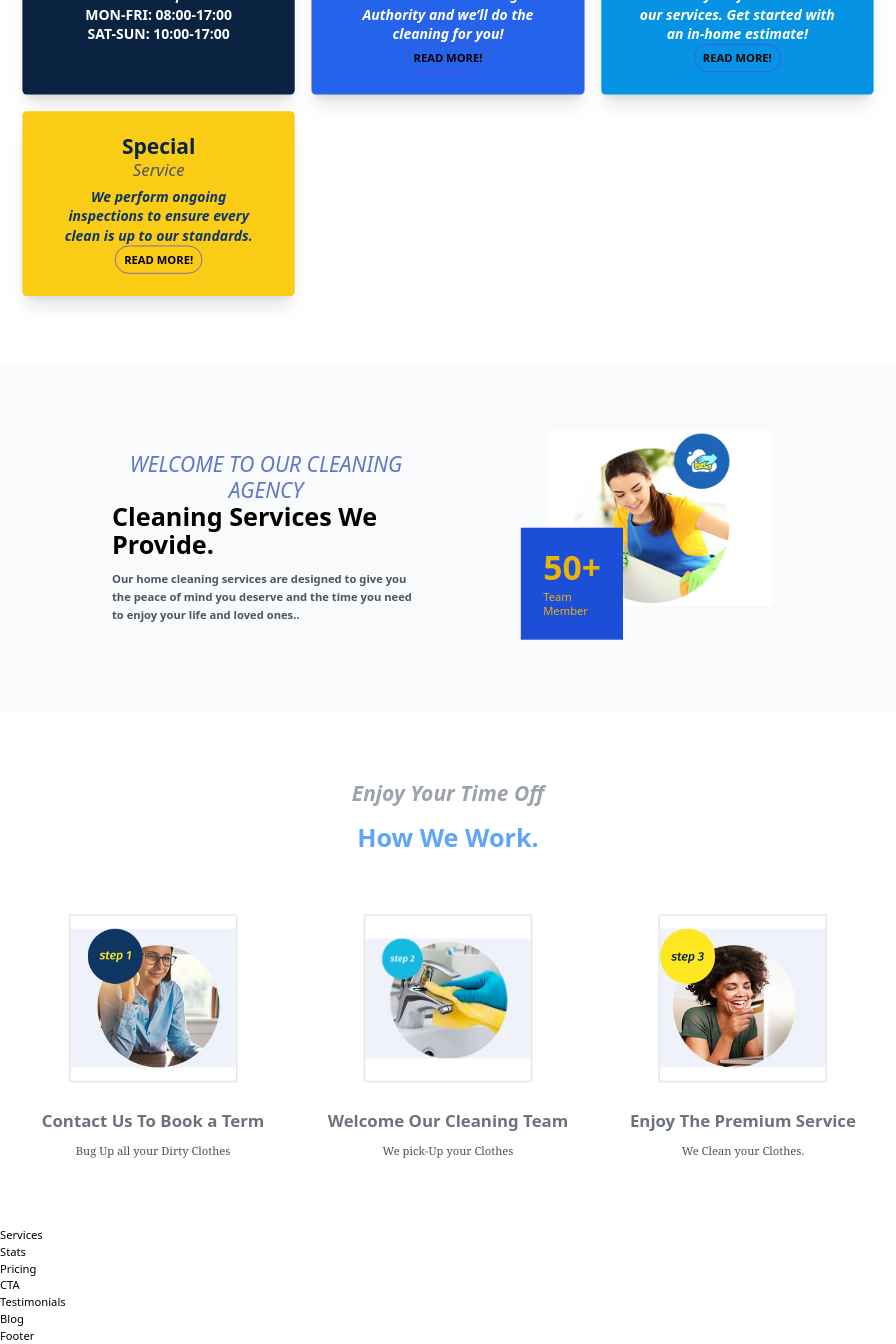
Repository: remydev47/cleonara
Page: /
These files come from the project's save history. The page is drawn as it stood at one moment and after the next save; the edit follows.
The browser window is 1280 px wide. The pictures show the part of the page from y = 1097 to 3017 px (the page is 3017 px tall), at 70% of full size.
The project was rebuilt for these pictures with package versions that can differ from the ones it lists, and the page was loaded fresh each time. The framework's server and built-in components were replaced by stand-ins that run in the browser. Also part of the build but not shown: next.config.js.

Above is the page before, as saved 2022-11-01 13:14:53.

### pages/_app.tsx
import '../styles/globals.css'
import type { AppProps } from 'next/app'
import Header from '../components/Header'

function MyApp({ Component, pageProps }: AppProps) {
  return(
    <>
      <Header />
      <Component {...pageProps} />
    </>

  )
}

export default MyApp

### pages/index.tsx
import type { NextPage } from 'next'
import Head from 'next/head'
import Image from 'next/image'
import { AboutUs, CTA, Hero, Offers, Pricing, Services, Blog, Stats, Steps, Testimonials, Footer } from '../components'

const Home: NextPage = () => {
  return (
    <div className="">
      <Head>
        <title>CLEONARA</title>
        <link rel="icon" href="/favicon.ico" />
      </Head>
      <Hero/>
      <Offers />
      <AboutUs />
      <Steps />
      <Services />
      <Stats />
      <Pricing />
      <CTA />
      <Testimonials />
      <Blog />
      <Footer />
    </div>
  )
}

export default Home

### components/Header.tsx
import React from 'react';
import { navLinks } from '../constants';
import Menupopover from './Menupopover';
import Image from 'next/image';
import Logo from './Logo';
import { Button } from './Button';

const Header = () => {
  return (
    <header className="fixed inset-x-0 bg-[#092341] z-20 flex justify-between items-center py-2 px-2 shadow-lg dark:bg-slate-900 sm:py-3 sm:px-8">
            <div className='flex grow-0 basis-1/3 md:hidden'>
                <Menupopover />
            </div>

             <div className='flex grow-0 ml-2 justify-center md:justify-start'>
                <Logo />

            </div>


            <ul className="list-none sm:flex hidden justify-center items-center flex-1">
            {navLinks.map((nav, index) => (
                <li
                key={nav.id}
                className={`font-bold cursor-pointer text-[16px] hover:text-blue-400
                   ${index === navLinks.length - 1 ? 'mr-0' : 'mr-10'}
                  text-white `}
                >
                    <a>{nav.title}</a>
                </li>
            ))}
           </ul>

          <div className='sm:flex hidden'>
            <Button variant='solid'>
              GET A QUOTE!
            </Button>
          </div>

        </header>
  )
}

export default Header

### components/index.ts
import Hero from "./Hero";
import Offers from "./Offers";
import AboutUs from "./AboutUs";
import Steps from "./Steps";
import Services from "./Services";
import Stats from "./Stats";
import Pricing from "./Pricing";
import CTA from "./CTA";
import Testimonials from "./Testimonials";
import Blog from "./Blog";
import Footer from "./Footer";

export {
    Hero, Offers, AboutUs, Steps, Services, Stats, Pricing, CTA, Testimonials, Blog, Footer
}

### constants/index.ts
export const navLinks=[
    {
        id:"home",
        title:"Home",
    },
    {
        id:"services",
        title:"Services",
    },
    {
        id:"AboutUs",
        title:"AboutUs",
    },
    {
        id:"pricing",
        title:"Pricing",
    },
    {
        id:"blog",
        title:"Blog",
    },
    {
        id:"reviews",
        title:"Reviews",
    },
    {
        id:"contacts",
        title:"Contacts",
    },
]

### components/Menupopover.tsx
import React, {useState, Fragment} from 'react';
import { navLinks } from '../constants';
import { IconButton, Button } from './Button';
import { Transition, Dialog } from '@headlessui/react';
import Logo from './Logo';
import Image from 'next/image';

const Menupopover = () => {
  const [isOpen, setIsOpen] = useState(false)

  return (
    <div>
    <IconButton
      variant='ghost'
      aria-label='menu'
      onClick={() => setIsOpen(!isOpen)}
    >
      <svg className='h-6 w-6 ' fill='none' stroke='currentColor'>
        <path
          strokeLinecap='round'
          strokeLinejoin='round'
          strokeWidth={2}
          d='M4 6h16M4 12h16M4 18h16'
        />
      </svg>
    </IconButton>
    <Transition
      show={isOpen}
      appear
      as={Fragment}
      enter='transform transition ease-in-out duration-300'
      enterFrom='-translate-x-full'
      enterTo='translate-x-0'
      leave='transform transition ease-in-out duration-300 delay-200'
      leaveFrom='translate-x-0'
      leaveTo='-translate-x-full'
     >
     <Dialog
       as='div'
       className={`fixed inset-0 z-50`}
       onClose={setIsOpen}
       open={isOpen}
       >
       <Transition.Child
         as={Fragment}
         enter='ease-out duration-300 delay-300'
         enterFrom='opacity-0'
         enterTo='opacity-100'
         leave='ease-in duration-200'
         leaveFrom='opacity-100'
         leaveTo='opacity-0'
       >

        <Dialog.Overlay
          className={`fixed inset-0 bg-black/20 backdrop-blur-sm dark:bg-gray-900/80`}
         />
      </Transition.Child>
       <div className={styles.dialogcontainer}>
        <a className='mx-auto mt-4 flex w-[140px] '>
          <Logo />
        </a>
        <ul
            className={styles.navWrapper2}
         >
            {navLinks.map((nav, index) => (
                <li
                 key={nav.id}
                 className={` font-bold cursor-pointer text-[16px]
                  mt-2 border-t border-slate-200 py-4 dark:border-slate-600
                  ${index === navLinks.length - 1 ? 'mr-0' : 'mb-4'}
                  text-white `}
                >
                 <a href={`#${nav.id}`}>
                    {nav.title}
                 </a>
                </li>
             ))}
         </ul>

        <IconButton
          variant='ghost'
          aria-label='close menu'
          className='absolute top-5 right-5'
          onClick={() => setIsOpen(false)}
        >
          <svg
            viewBox='0 0 10 10'
            className='h-2.5 w-2.5 overflow-visible'
            aria-hidden='true'
          >
            <path
                d='M0 0L10 10M10 0L0 10'
                fill='none'
                stroke='currentColor'
                strokeWidth='2'
                strokeLinecap='round'
              />
          </svg>
        </IconButton>
       </div>
     </Dialog>
    </Transition>
  </div>
  )
}

export default Menupopover;

const styles ={
  dialogcontainer:`fixed top-0 bottom-0 left-0 w-full max-w-xs rounded-r-xl bg-[#092341] p-6 shadow-lg dark:bg-gray-800`,
  menuitems:`group relative flex h-9 items-center oveflow-hidden rounded-md hover:bg-slate-200/50`,
  navWrapper2:`list-none flex flex-col justify-end items-center flex-1`,
}

### components/Logo.tsx
import React from 'react'
import Image from 'next/image'

const Logo = () => {
  return (
    <div>
        <Image
          src='/images/logo.png'
          alt='Cleonara'
          height={80}
          width={150}
        />
    </div>
  )
}

export default Logo

### components/Button/index.tsx
import React, { forwardRef } from "react";
//import { __DEV__ } from "../../utils/assertions";

type BaseButtonProps = Omit<React.HTMLProps<HTMLButtonElement>, "size">;

/* === Button Element === */

export interface ButtonProps extends BaseButtonProps {
  children: React.ReactNode;
  fullWidth?: boolean;
  className?: string;
  variant?: "solid" | "outline" | "ghost";
  size?: "sm" | "md" | "lg";
  as?: string;
  isExternal?: boolean;
  type?: "button" | "submit" | "reset";
}

export const Button = forwardRef<HTMLButtonElement, ButtonProps>(
  (
    {
      children,
      variant = "solid",
      size = "md",
      fullWidth = false,
      className,
      as = "button",
      isExternal = false,
      ...rest
    },
    ref
  ) => {
    let tempClassNames: string[] = [];

    const sharedClasses = [
      "capitalize",
      "focus:outline-none",
      "focus:ring-2",
      "focus:ring-indigo-400",
      "focus:ring-offset-2",
      "focus:ring-offset-indigo-50",
      "font-semibold",
      "rounded-full",
      "inline-flex",
      "flex-shrink-0",
      "items-center",
      "justify-center",
      "transition-colors",
      "ease-in-out",
      "duration-500",
    ];

    if (fullWidth) sharedClasses.push("w-full");

    // handle variants
    let btnSolid = ["bg-indigo-600", "hover:bg-indigo-700", "text-white"];
    let btnOutline = [
      "dark:text-white",
      "hover:text-indigo-700",
      "hover:dark:text-indigo-700",
      "bg-transparent",
      "hover:bg-indigo-50",
      "border",
      "border-indigo-600",
    ];
    let btnGhost = [
      "bg-transparent",
      "dark:text-white",
      "hover:bg-indigo-50",
      "hover:text-indigo-700",
      "hover:dark:text-indigo-700",
    ];

    if (variant === "solid") {
      tempClassNames = [...sharedClasses, ...btnSolid];
    } else if (variant === "outline") {
      tempClassNames = [...sharedClasses, ...btnOutline];
    } else if (variant === "ghost") {
      tempClassNames = [...sharedClasses, ...btnGhost];
    }

    // handle sizes
    let sizeSm = ["h-8", "px-2", "text-sm"];
    let sizeMd = ["h-10", "px-3"];
    let sizeLg = ["h-12", "px-4", "text-lg"];

    if (size === "sm") {
      tempClassNames = [...tempClassNames, ...sizeSm];
    } else if (size === "md") {
      tempClassNames = [...tempClassNames, ...sizeMd];
    } else if (size === "lg") {
      tempClassNames = [...tempClassNames, ...sizeLg];
    }

    let classes = tempClassNames.join(" ");

    let Element = as ? (
      React.createElement(
        as,
        {
          className: `${classes} ${className}`,
          target: isExternal ? "_blank" : undefined,
          rel: isExternal ? "noopener noreferrer" : undefined,
          ref,
          ...rest,
        },
        children
      )
    ) : (
      <button {...rest} className={`${classes} ${className}`} ref={ref}>
        {children}
      </button>
    );

    return Element;
  }
);

// if (__DEV__) {
//   Button.displayName = "Button";
// }

/* === IconButton Element === */

export interface IconButtonProps extends ButtonProps {
  icon?: React.ReactElement;
  "aria-label": string;
}

export const IconButton = forwardRef<HTMLButtonElement, IconButtonProps>(
  (
    {
      children,
      icon,
      className,
      "aria-label": ariaLabel,
      size = "md",
      ...rest
    },
    ref
  ) => {
    let sharedClasses = ["rounded-full", "!px-0"];

    // handle sizes
    let sizeSm = ["w-8"];
    let sizeMd = ["w-10"];
    let sizeLg = ["w-12"];

    if (size === "sm") {
      sharedClasses = [...sharedClasses, ...sizeSm];
    } else if (size === "md") {
      sharedClasses = [...sharedClasses, ...sizeMd];
    } else if (size === "lg") {
      sharedClasses = [...sharedClasses, ...sizeLg];
    }

    /**
     * Passing the icon as prop or children should work
     */
    const element = icon || children;
    const _children = React.isValidElement(element)
      ? React.cloneElement(element as any, {
          "aria-hidden": true,
          focusable: false,
        })
      : null;

    let classes = sharedClasses.join(" ");
    return (
      <Button
        className={`${classes} ${className}`}
        aria-label={ariaLabel}
        size={size}
        {...rest}
        ref={ref}
      >
        {_children}
      </Button>
    );
  }
)

### components/Hero.tsx
import React from 'react'

const Hero = () => {
  return (
    <section className='relative pt-48 pb-12 xl:pt-60 sm:pb-16 lg:pb-32 xl:pb-48 2xl:pb-56'>
    <div className="absolute inset-0">
     <img className="object-cover w-full h-full" src="/images/7.jpg" alt="" />
    </div>
   <div className='relative'>
    <div className="px-6 mx-auto sm:px-8 lg:px-12 max-w-7xl">
      <div className="w-full lg:w-2/3 xl:w-1/2">
        <h1 className="font-serif text-xl font-bold tracking-tight text-white text-opacity-70 text-center">Proffesional Cleaning Services</h1>
        <p className="mt-6 tracking-tighter text-[#656b72]">
          <span className="font-sans font-bold text-6xl">BEST CLEANING </span><br />
          <span className="font-serif italic font-BOLD text-7xl">SERVICES IN TOWN</span>
        </p>
        <p className="mt-8 font-erif text-xl font-normal text-[#656b72]">
         Our professional and experienced cleaning staff does the job right the first time are Carefully selected Give them a deep.
        </p>
      </div>
    </div>
   </div>
  </section>
  )
}

export default Hero

### components/Offers.tsx
import React from 'react'
import { Button } from './Button'

const Offers = () => {
  return (
    <section className="bg-[#fff] sm:py-16 lg:py-24">
    <div className="px-4 mx-auto max-w-7xl sm:px-6 lg:px-8">
    <div className="max-w-2xl mx-auto text-center">
      <h2 className="text-xl italic font-semibold leading-tight text-black  lg:text-2xl">What We Offer</h2>
    </div>

    <div className="grid max-w-md grid-cols-1 gap-6 mx-auto mt-8 text-center lg:max-w-full lg:mt-16 lg:grid-cols-3">

        <div className="overflow-hidden bg-[#092341] shadow-xl border-gray-300 rounded-md">
          <div className="p-8 xl:px-12 flex flex-col items-center justify-center">
             <div className='flex flex-col'>
               <h1 className='text-3xl font-semibold text-white'>Opening</h1>
               <span className='italic text-2xl text-blue-400'>HOURS</span>
             </div>
             <h2 className='font-bold text-xl italic text-white text-center mt-2'>
               We are Open
             </h2>
             <p className='text-xl text-white text-center font-bold'>
               MON-FRI: 08:00-17:00
             </p>
             <p className='text-xl text-white text-center font-bold'>
               SAT-SUN: 10:00-17:00
             </p>
          </div>
        </div>

        <div className="overflow-hidden bg-blue-600 shadow-xl border-gray-300 rounded-md">
          <div className="p-8 xl:px-12 flex flex-col items-center justify-center">
             <div className='flex flex-col'>
               <h1 className='text-3xl font-semibold text-white'>Commercial</h1>
               <span className='italic text-2xl text-yellow-400'>Service</span>
             </div>
             <h2 className='font-bold text-xl italic text-white text-center mt-2'>
                Contact The Cleaning Authority and we’ll do the cleaning for you!
             </h2>
             <p>
              <Button variant='outline'>
                READ MORE!
              </Button>
             </p>
          </div>
        </div>


        <div className="overflow-hidden bg-[#0693e3] shadow-xl border-gray-300 rounded-md">
          <div className="p-8 xl:px-12 flex flex-col items-center justify-center">
             <div className='flex flex-col'>
               <h1 className='text-3xl font-semibold text-white'>Residential</h1>
               <span className='italic text-2xl text-yellow-400'>Services</span>
             </div>
             <h2 className='font-bold text-xl italic text-white text-center mt-2'>
               Invest in your free time with our services. Get started with an in-home estimate!
             </h2>
             <p>
              <Button variant='outline'>
                READ MORE!
              </Button>
             </p>
          </div>
        </div>

        <div className="overflow-hidden bg-yellow-400 shadow-xl border-gray-300 rounded-md">
          <div className="p-8 xl:px-12 flex flex-col items-center justify-center">
             <div className='flex flex-col'>
               <h1 className='text-3xl font-semibold text-[#092341]'>Special</h1>
               <span className='italic text-2xl text-gray-600'>Service</span>
             </div>
             <h2 className='font-bold text-xl italic text-[#0f3664] text-center mt-2'>
              We perform ongoing inspections to ensure every clean is up to our standards.
             </h2>
             <p>
              <Button variant='outline'>
                READ MORE!
              </Button>
             </p>
          </div>
        </div>

    </div>
</div>
</section>
  )
}

export default Offers

### components/AboutUs.tsx
import React from 'react'

const AboutUs = () => {
  return (
    <section className="py-6 bg-gray-50 sm:py-16 lg:py-24">
    <div className="max-w-5xl px-4 mx-auto sm:px-6 lg:px-8">
        <div className="grid items-center grid-cols-1 gap-y-6 md:grid-cols-2 md:gap-x-20">
            <div className="">
                <h1 className='text-3xl italic text-blue-800/70 text-center'>WELCOME TO OUR CLEANING AGENCY</h1>
                <h2 className="text-4xl font-bold leading-tight text-black sm:text-4xl lg:text-4xl">Cleaning Services We Provide.</h2>
                <p className="mt-4 text-base leading-relaxed text-gray-600 font-semibold">
                 Our home cleaning services are designed to give you the peace of mind you deserve and the time you need to enjoy your life and loved ones..
                </p>
            </div>

            <div className=" pl-20 pr-6 sm:pl-6 md:px-0">
                <div className="relative w-full max-w-xs mt-4 mb-10 ml-auto">
                 <img className="relative -top-4 -left-4" src="/images/Cleaning.jpg" alt="" />



                    <div className="absolute -bottom-10 -left-16 m-2">


                          <div className="px-8 py-8 bg-blue-700">
                               <span className="block text-4xl font-bold text-yellow-500 lg:text-5xl"> 50+ </span>
                                <span className="block mt-2 text-base leading-tight text-yellow-500"> Team<br />Member</span>
                            </div>
                    </div>
                </div>
            </div>
        </div>
    </div>
</section>
  )
}

export default AboutUs

### components/Steps.tsx
import React from 'react'

const Steps = () => {
  return (
    <section className="py-10  bg-white sm:py-16 lg:py-24">
    <div className="px-4 mx-auto max-w-7xl sm:px-6 lg:px-8">
        <div className="max-w-2xl mx-auto text-center">
            <h2 className="text-3xl italic font-semibold leading-tight text-gray-400">Enjoy Your Time Off</h2>
            <p className="mx-auto mt-4 text-4xl font-bold leading-relaxed text-blue-400">
              How We Work.
            </p>
        </div>

        <div className="relative mt-12 lg:mt-20">


            <div className="relative grid grid-cols-1 text-center gap-y-12 md:grid-cols-3 gap-x-12">
                <div>
                    <div className="flex items-center justify-center w-60 h-60 mx-auto bg-white border-2 border-gray-200 shadow">
                        <span className="text-xl font-semibold text-gray-700">
                            <img src='/images/step-1.jpg' className='h-full w-full ' />
                        </span>
                    </div>
                    <h3 className="mt-6 text-2xl font-bold leading-tight text-gray-500 md:mt-10">Contact Us To Book a Term</h3>
                    <p className="mt-4 font-serif text-base text-gray-600">Bug Up all your Dirty Clothes</p>
                </div>

                <div>
                    <div className="flex items-center justify-center w-60 h-60 mx-auto bg-white border-2 border-gray-200 shadow">
                        <span className="text-xl font-semibold text-gray-700">
                          <img src='/images/step-2.jpg' className='h-full w-full ' />
                        </span>
                    </div>
                    <h3 className="mt-6 text-2xl font-bold leading-tight text-gray-500 md:mt-10">Welcome Our Cleaning Team</h3>
                    <p className="mt-4 font-serif text-base text-gray-600">We pick-Up your Clothes</p>
                </div>

                <div>
                    <div className="flex items-center justify-center w-60 h-60 mx-auto bg-white border-2 border-gray-200 shadow">
                        <span className="text-xl font-semibold text-gray-700">
                        <img src='/images/step-3.jpg' className='h-full w-full ' />
                        </span>
                    </div>
                    <h3 className="mt-6 text-2xl font-bold leading-tight text-gray-500 md:mt-10">Enjoy The Premium Service</h3>
                    <p className="mt-4 font-serif text-base text-gray-600">We Clean your Clothes.</p>
                </div>

            </div>
        </div>
    </div>
 </section>
  )
}

export default Steps

Loaded but not shown: styles/globals.css (common file); components/Services.tsx (common file); components/Stats.tsx (common file); components/Pricing.tsx (common file); components/CTA.tsx (common file); components/Testimonials.tsx (common file); components/Blog.tsx (common file); components/Footer.tsx (common file); tailwind.config.js (common file)

After the next save:
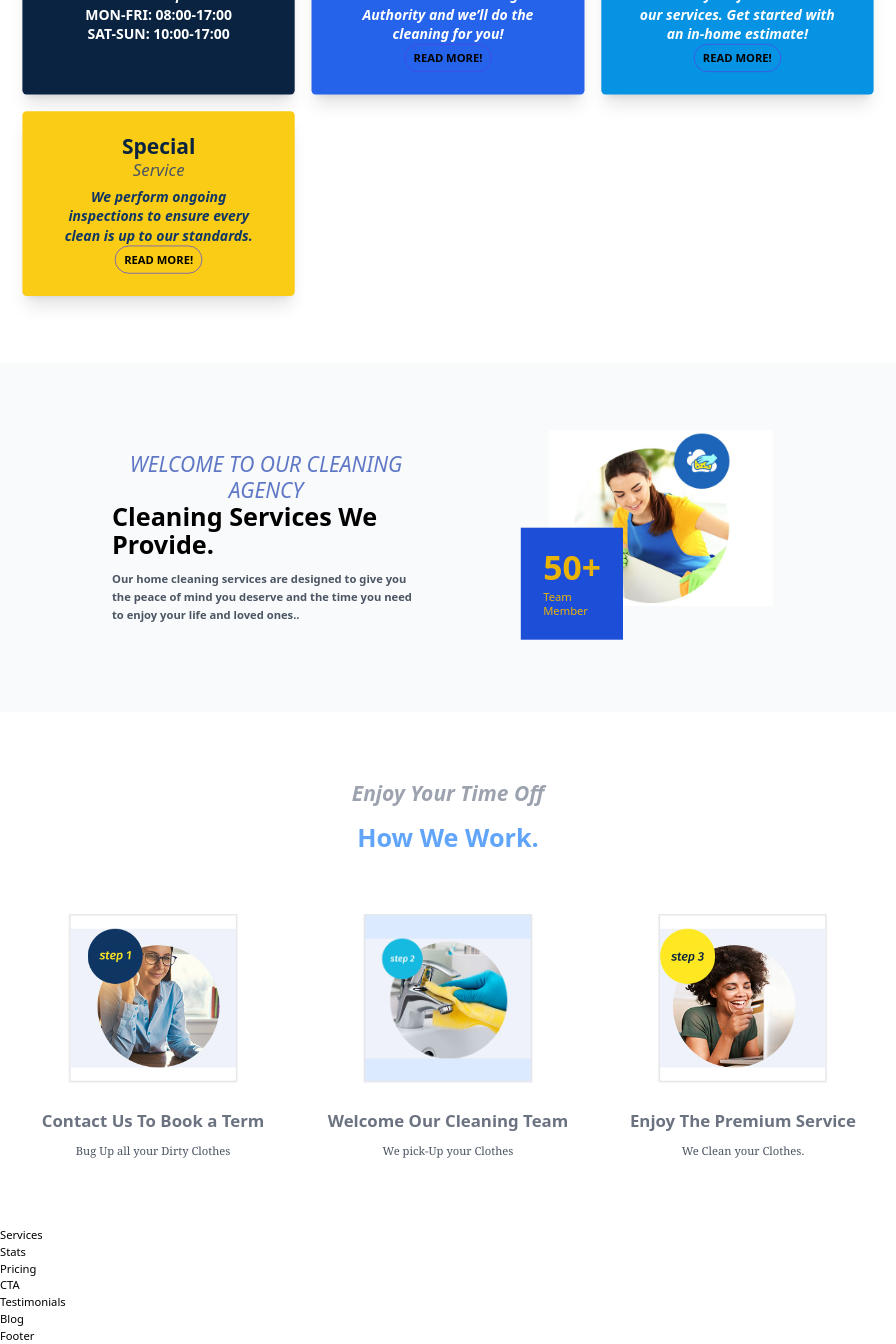
Saved 18 s later.
--- a/components/Steps.tsx
+++ b/components/Steps.tsx
@@ -26,7 +26,7 @@ const Steps = () => {
                 </div>
 
                 <div>
-                    <div className="flex items-center justify-center w-60 h-60 mx-auto bg-white border-2 border-gray-200 shadow">
+                    <div className="flex items-center justify-center w-60 h-60 mx-auto bg-blue-100 border-2 border-gray-200 shadow">
                         <span className="text-xl font-semibold text-gray-700">
                           <img src='/images/step-2.jpg' className='h-full w-full ' />
                         </span>
